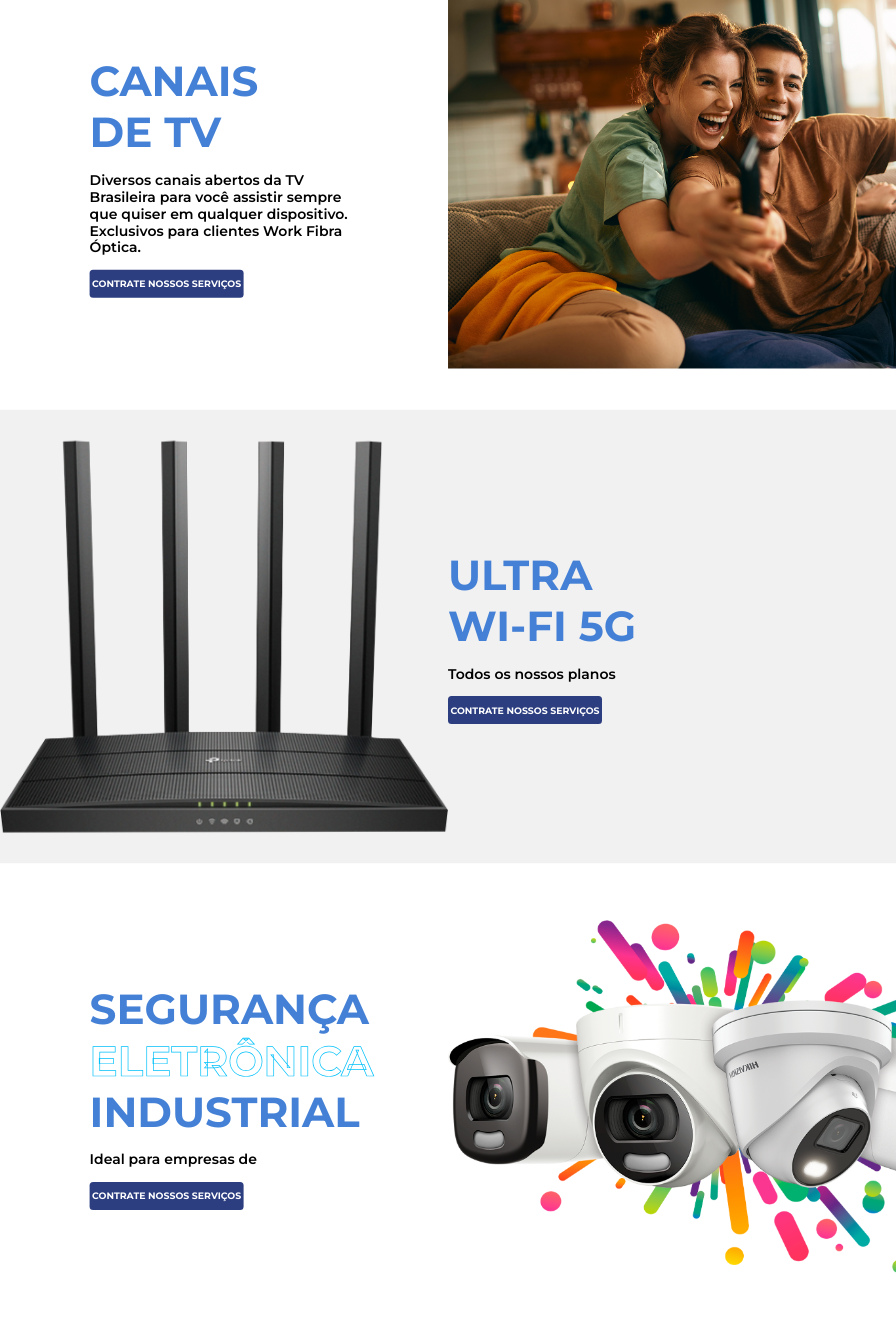
Repository: mateus-henrique-silva/WorkBandaLarga
Page: site_work/src/Pages/campos.html
An editor plug-in stored every save of this project. The page is shown before and after a run of saves, followed by the edit.
The browser window is 1280 px wide. The pictures show the part of the page from y = 1778 to 3678 px (the page is 5184 px tall), at 70% of full size.
Pictures or frames that could not be fetched are drawn as grey boxes. Backgrounds fixed to the window are drawn as part of the page. Some web fonts or font styles are not loaded; a fallback is used.

Above is the page before, as saved 2022-09-21 08:21:01.

After the next 3 saves:
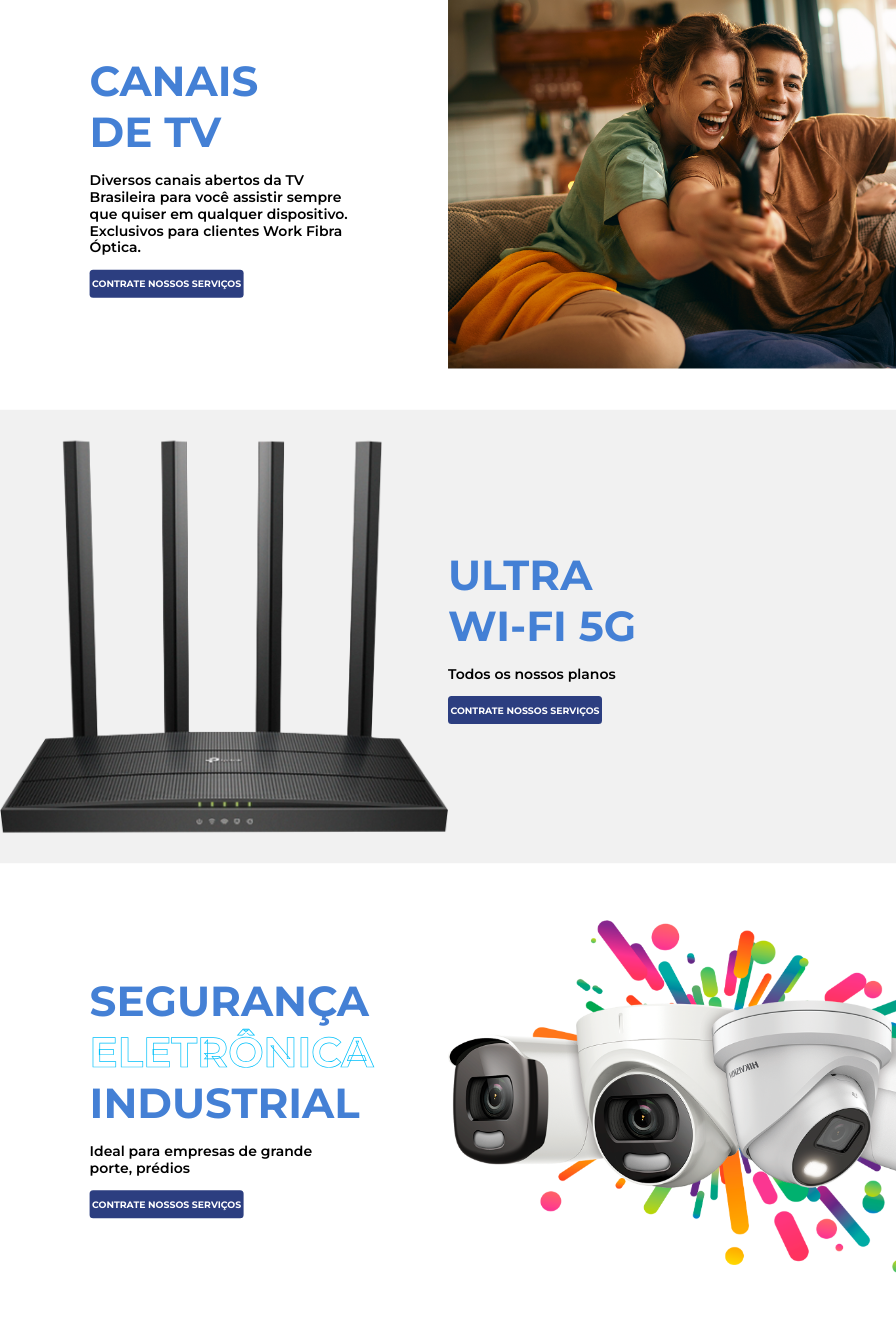
The 3 saves are shown as one change because they came seconds apart.
The last was saved 11 s later.
--- a/site_work/src/Pages/campos.html
+++ b/site_work/src/Pages/campos.html
@@ -452,7 +452,7 @@
           <div class="ajust-two">
             <h2>SEGURANÇA <br> <span>ELETRÔNICA </span> <br> INDUSTRIAL</h2>
             <p>
-              Ideal para empresas de
+              Ideal para empresas de grande porte, prédios
             </p>
             <button onclick="onClickLink()" class="btn-king">
               Contrate nossos serviços
